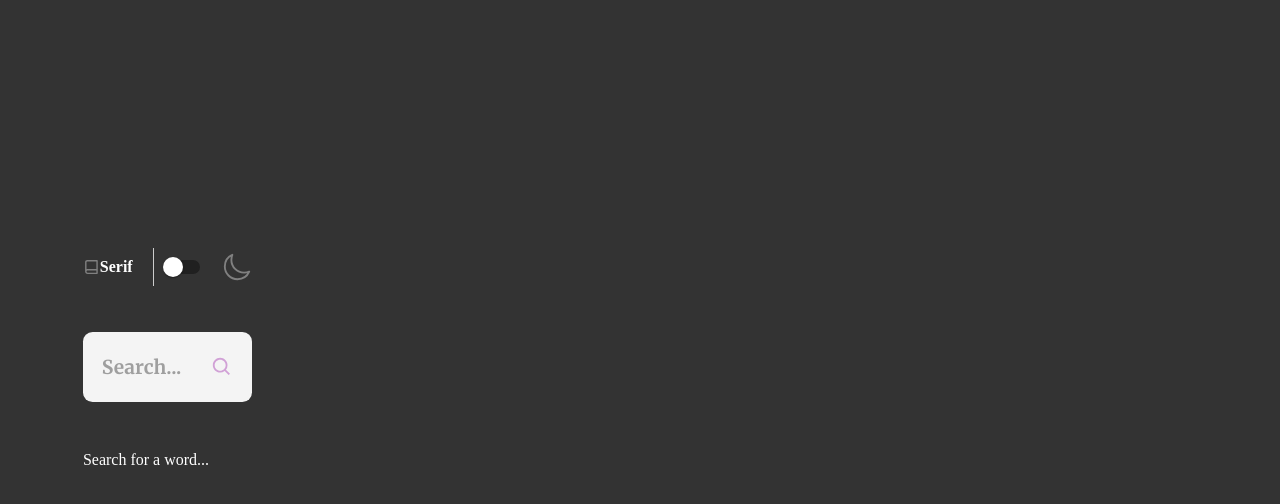
Repository: Shenixo/Dictionary
Page: /, after clicking the first element matching `span.MuiButtonBase-root`
An editor plug-in stored every save of this project. The page is shown before and after a run of saves, followed by the edit.
The browser window is 1280 px wide. The pictures show the whole page.
Some web fonts or font styles are not loaded; a fallback is used. The project was rebuilt for these pictures with package versions that can differ from the ones it lists, and the page was loaded fresh each time. Also part of the build but not shown: vite.config.js, src/Components/TextToSpeech.jsx.

Above is the page before, as saved 2025-01-18 06:42:58.

### index.html
<!doctype html>
<html lang="en">
  <head>
    <meta charset="UTF-8" />
    <link rel="icon" type="image/svg+xml" href="/vite.svg" />
    <meta name="viewport" content="width=device-width, initial-scale=1.0" />
    <title>Vite + React</title>
    <link rel="preconnect" href="https://fonts.googleapis.com">
<link rel="preconnect" href="https://fonts.gstatic.com" crossorigin>
<link href="https://fonts.googleapis.com/css2?family=Lato:ital,wght@0,100;0,300;0,400;0,700;0,900;1,100;1,300;1,400;1,700;1,900&family=Merriweather:ital,wght@0,300;0,400;0,700;0,900;1,300;1,400;1,700;1,900&display=swap" rel="stylesheet">

<link rel="preconnect" href="https://fonts.googleapis.com">
<link rel="preconnect" href="https://fonts.gstatic.com" crossorigin>
<link href="https://fonts.googleapis.com/css2?family=Inter:ital,opsz,wght@0,14..32,100..900;1,14..32,100..900&family=Playwrite+AU+SA:wght@100..400&display=swap" rel="stylesheet">
  </head>
  <body>
    <div id="root"></div>
    <script type="module" src="/src/main.jsx"></script>
  </body>
</html>

### src/App.jsx
import "./App.css";
import Home from "./Pages/Home";
import {DictionaryProvider} from "./Context/DictionaryContext";


function App() {
  return (
      <DictionaryProvider>
      <Home />

      </DictionaryProvider>
  );
}

export default App;

### src/App.css
* {
  padding: 0;
  margin: 0;
  box-sizing: border-box;
  font-family: serif;
  font-family: "Merriweather", serif;
  font-family: "Playwrite AU SA", serif;
  font-weight: 300;
  font-style: normal;
}
.word {
  font-family: "Lato", serif;
  font-weight: 300;
  font-style: normal;
}
.light-mode {
  background-color: white;
  color: black;
}

.dark-mode {
  background-color: #333;
  color: white;
}

### src/Pages/Home.jsx
import { Box, Container } from "@mui/material";
import Navbar from "../Components/Navbar/Navbar";
import SearchBar from "../Components/SearchBar";
import Body from "../Components/Body/Body";

const Home = () => {
  return (
    <Container
      disableGutters
      sx={{
        width: {
          xs: "94%",
          sm: "80%",
          md: "60%",
        },
        p: 2,
      }}
    >
      <Box>
        <Navbar />
        <SearchBar />
        <Body />
      </Box>
    </Container>
  );
};

export default Home;

### src/Context/DictionaryContext.jsx
/* eslint-disable react/prop-types */
import axios from "axios";
import { createContext } from "react";
import { useState, useContext } from "react";
const DictionaryContext = createContext(undefined);
const useSearchContext = () => {
  const result = useContext(DictionaryContext);
  if (result === undefined) {
    throw new Error("useSearchContext must be used within a SearchProvider");
  }
  return result;
};
const DictionaryProvider = ({ children }) => {
  const [word, setWord] = useState("");
  const [result, setResult] = useState(null);
  const [loading, setIsLoading] = useState(false);
  const [error, setError] = useState(null);
  const handleUserInput = (e) => {
    setWord(e.target.value);
  };
  const handleSearch = async (e) => {
    e.preventDefault();
    setIsLoading(true);
    setError("");

    if (!word.trim()) {
      setError("Please enter a word to search.");
      setIsLoading(false);
      return;
    }

    try {
      const response = await axios.get(
        `https://api.dictionaryapi.dev/api/v2/entries/en/${word}`
      );
      setResult(response.data[0]);
    } catch (err) {
      setError("Unable to fetch data. Please try again.", err);
    } finally {
      setIsLoading(false);
    }
  };
  const contextValue = {
    handleUserInput,
    handleSearch,
    word,
    loading,
    result,
    error,
  };
  return (
    <DictionaryContext.Provider value={contextValue}>
      {children}
    </DictionaryContext.Provider>
  );
};
export { DictionaryProvider, DictionaryContext, useSearchContext };

### src/Components/Navbar/Navbar.jsx
import { Box, Switch, ToggleButton, Typography } from "@mui/material";
import { IoMoonOutline } from "react-icons/io5";
import "./Navbar.css";
import { RiBookLine } from "react-icons/ri";
import LightModeOutlinedIcon from '@mui/icons-material/LightModeOutlined';
// https://api.dictionaryapi.dev/api/v2/entries/en/word
import { useState, useEffect } from "react";
const Navbar = () => {
  const [onToggle, setOnToggle] = useState(false);
  useEffect(() => {
    if (onToggle) {
      document.body.classList.add('dark-mode');
      document.body.classList.remove('light-mode');
    } else {
      document.body.classList.add('light-mode');
      document.body.classList.remove('dark-mode');
    }
  }, [onToggle]);
  const handleToggle = () => {
    setOnToggle(!onToggle);
  };

  return (
    <div className="navbar">
      <Box
        sx={{
          display: "flex",
          alignItems: "center",
          justifyContent: "space-between",
        }}
      >
        <RiBookLine size={30} color="gray" />
        <Box sx={{ display: "flex", alignItems: "center", gap: "20px" }}>
          <Typography variant="p" sx={{ fontWeight: "600" }}>
            Serif
          </Typography>
          <Box
            sx={{
              display: "flex",
              borderLeft: "1px solid #cccccc",
              alignItems: "center",
              gap: "10px",
            }}
          >
            <Switch onClick={handleToggle} />
            {!onToggle ? (
              <LightModeOutlinedIcon size={30} color="gray" />
            ) : (
              <IoMoonOutline size={30} color="gray" />
            )}
          </Box>
        </Box>
      </Box>
    </div>
  );
};

export default Navbar;

### src/Components/SearchBar.jsx
/* eslint-disable react/prop-types */
import  { useContext } from "react";
import { TextField, InputAdornment } from "@mui/material";
import { BiSearch } from "react-icons/bi";
import { DictionaryContext } from "../Context/DictionaryContext";

const SearchBar = () => {
  const { handleUserInput, handleSearch, word, loading, result, error } =
    useContext(DictionaryContext);
  return (
    <div>
      <form onSubmit={handleSearch}>
        <TextField
          fullWidth
          placeholder="Search..."
          value={word}
          onChange={handleUserInput}
          sx={{
            padding: ".3rem",
            background: "#f4f4f4",
            margin: "46px 0",
            borderRadius: ".6rem",
            "& .MuiOutlinedInput-root": {
              "& fieldset": {
                border: "none",
              },
              "& input": {
                fontFamily: "'Merriweather', serif",
                fontSize: "1.2rem",
                fontWeight: "700",
                color: "#2b2b2b",
              },
            },
          }}
          InputProps={{
            endAdornment: (
              <InputAdornment position="end">
                <BiSearch
                  sx={{ cursor: "pointer" }}
                  type="submit"
                  size={22}
                  style={{ color: "#D1A1D6" }}
                />
              </InputAdornment>
            ),
          }}
        />
        {loading && <div style={{ color: "blue", fontWeight: "bold" }}>Loading...</div>}
        {error && <div style={{ color: "red", marginTop: "10px" }}>{error}</div>}
        {result && (
          <div style={{ marginTop: "20px" }}>
            {/* <h3>Search Result:</h3> */}
            {/* <p><strong>Word:</strong> {result.word}</p> */}
            {/* <p><strong>Phonetics:</strong> {result.phonetics?.[0]?.text || "N/A"}</p> */}
            {/* <p><strong>Meaning:</strong> {result.meanings?.[0]?.definitions?.[0]?.definition || "N/A"}</p> */}
          </div>
        )}
      </form>
    </div>
  );
};

export default SearchBar;

### src/Components/Body/Body.jsx
/* eslint-disable react/prop-types */
import { Box, Typography } from "@mui/material";
import {
  //   DictionaryContext,
  useSearchContext,
} from "../../Context/DictionaryContext";
import TextToSpeech from "../TextToSpeech";


const Body = () => {

  const { result } = useSearchContext();

  if (!result) {
    return <div>Search for a word...</div>;
  }
  return (
    <div>
      <Box
        sx={{
          display: "flex",
          alignItems: "center",
          gap: "20px",
          marginTop: "-30px",
          justifyContent: "space-between",
          marginBottom: "2px",
        }}
      >
        <Box>
          <Typography
            sx={{
              fontSize: "3rem",
              fontWeight: "700",
              fontFamily: "'Merriweather', serif",
              color: "#2b2b2b",
            }}
            variant="h1"
          >
            {result.word || "No word available"}
          </Typography>
        </Box>
        <Box
          sx={{
            background: "#e9d0fa",
            width: "60px",
            height: "60px",
            borderRadius: "50%",
            lineHeight: "10px",
            textAlign: "center",
            display: "flex",
            alignItems: "center",
            justifyContent: "center",
          }}
        >
          <TextToSpeech />
        </Box>
      </Box>
      <Typography
        sx={{
          fontSize: "1rem",
          fontWeight: "600",
          fontFamily: "'Merriweather', serif",
          color: "#a445ed",
        }}
        variant="p"
      >
        {result.phonetic || "No phonetic available"}
      </Typography>

      <Box sx={{ marginTop: "20px" }}>
        {result.meanings?.map((meaning, index) => (
          <Box key={index}>
            <Box
              sx={{
                display: "flex",
                alignItems: "center",
                gap: "20px",
                margin: "1.9rem 0",
              }}
            >
              <Typography
                sx={{
                  fontSize: "1.2rem",
                  fontWeight: "700",
                  fontFamily: "'Playwrite AU SA', serif",
                  marginBottom: "10px",
                }}
                variant="h5"
              >
                {meaning.partOfSpeech || "No part of speech available"}
              </Typography>
              <hr
                style={{
                  border: "none",
                  height: "1px",
                  width: "100%",
                  background: "#ebebeb",
                }}
              />
            </Box>
            <Typography
              sx={{
                marginBottom: "2rem",
                display: "block",
                color: "#9758bf",
                fontWeight: "600",
                fontSize: "1rem",
              }}
              variant="p"
            >
              Meaning:
            </Typography>
            {meaning.definitions.map((definition, defIndex) => (
              <Box key={defIndex} sx={{ marginBottom: "10px" }}>
                <Typography
                  sx={{
                    fontSize: "1rem",
                    fontWeight: "300",
                    color: "#333333",
                    fontFamily: "'Merriweather', serif",
                  }}
                >
                  • {definition.definition || "No definition available"}
                </Typography>
                {definition.example && (
                  <Box sx={{ margin: "1rem 0" }}>
                    <Typography
                      sx={{
                        fontSize: "0.9rem",
                        fontStyle: "italic",
                        fontFamily: "'Playwrite AU SA', serif",
                        fontWeight: "700",
                        color: "#000000 "
                      }}
                    >
                      Example:
                    </Typography>
                    <Typography
                      sx={{ fontFamily: "'Merriweather', serif" }}
                      variant="span"
                    >
                      {definition.example}
                    </Typography>
                  </Box>
                )}
                {definition.synonyms && definition.synonyms.length > 0 && (
                  <Box sx={{ margin: "1rem 0" }}>
                    <Typography
                      sx={{
                        fontSize: "0.9rem",
                        fontStyle: "italic",
                        fontFamily: "'Playwrite AU SA', serif",
                        fontWeight: "600",
                      }}
                    >
                      synonyms:
                    </Typography>
                    <Typography
                      sx={{
                        fontFamily: "'Merriweather', serif",
                        fontWeight: "600",
                        color: "#9758bf",
                      }}
                      variant="span"
                    >
                      {definition.synonyms.join(", ")}
                    </Typography>
                  </Box>
                )}
              </Box>
            ))}
          </Box>
        ))}
      </Box>
      {/* <h3>Results:</h3>
      <pre>{JSON.stringify(result, null, 4)}</pre> */}
    </div>
  );
};

export default Body;

Loaded but not shown: src/main.jsx (common file); src/index.css (common file); src/Components/Navbar/Navbar.css (no stored copy; drawn as an empty file)

After the next 2 saves:
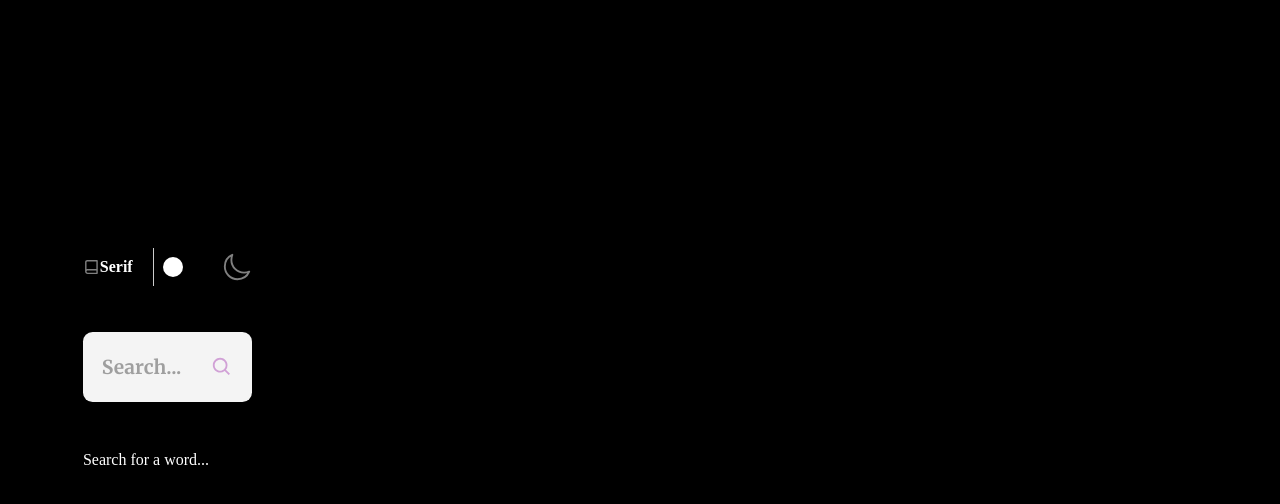
The 2 saves are shown as one change because they came seconds apart.
The last was saved 82 s later.
--- a/src/App.css
+++ b/src/App.css
@@ -20,5 +20,6 @@
 
 .dark-mode {
   background-color: #333;
+  background-color: #000000;
   color: white;
 }
